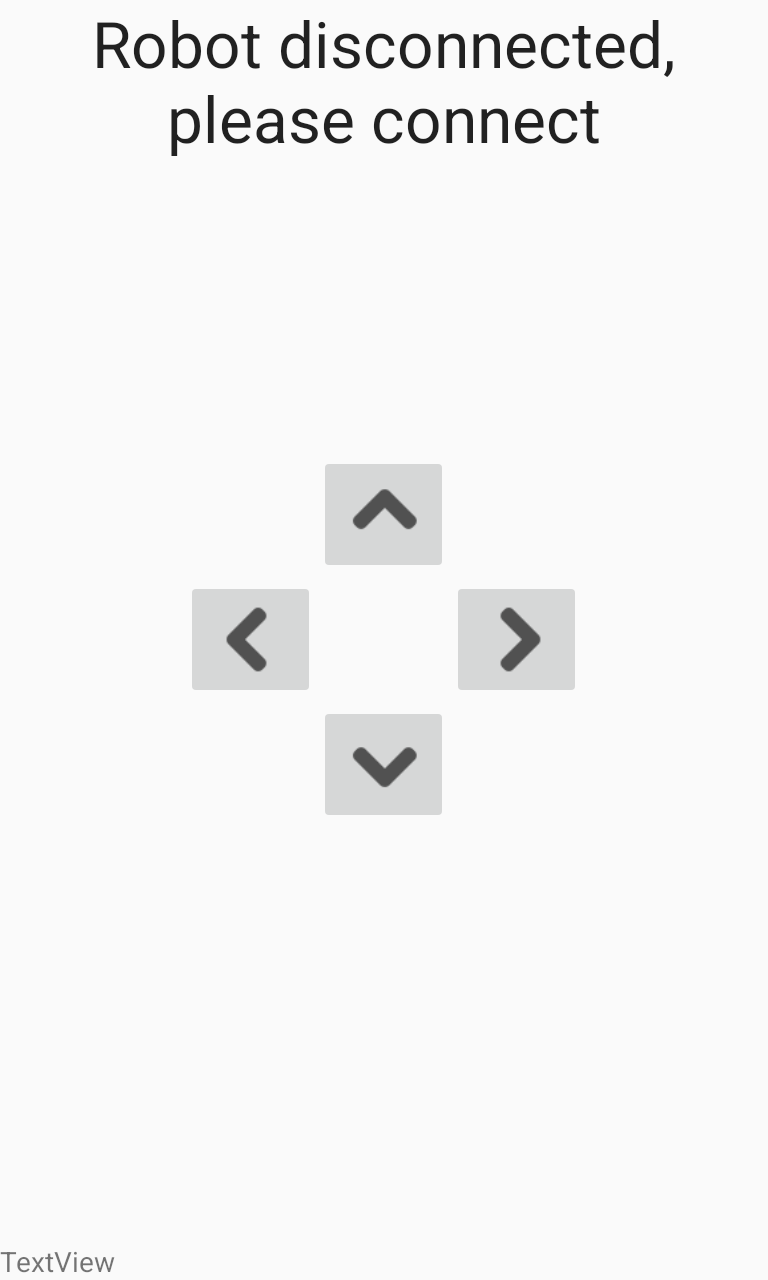
Repository: cjsatuforc/Bobina
Layout: source/android/Bobina/res/layout/main_layout.xml
An editor plug-in stored every save of this project. The layout is shown before and after the next save, followed by the edit.
It is drawn on a 768 x 1280 px phone screen (xhdpi) without system bars, with theme AppTheme; the app's code is not run.

Above is the layout before, as saved 2015-04-26 00:03:07.

After the next save:
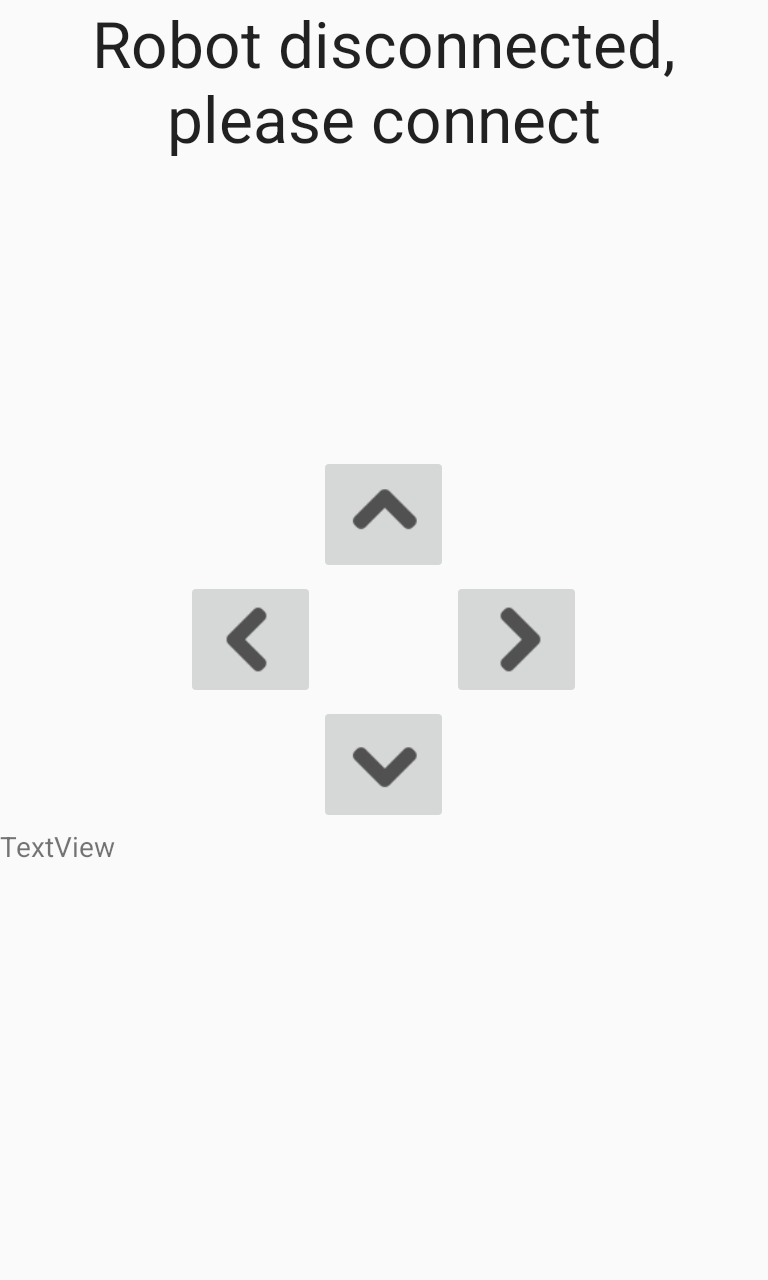
Saved 4 s later.
--- a/source/android/Bobina/res/layout/main_layout.xml
+++ b/source/android/Bobina/res/layout/main_layout.xml
@@ -17,6 +17,7 @@
         android:layout_alignParentBottom="true"
         android:layout_alignParentLeft="true"
         android:layout_alignParentRight="true"
+        android:layout_below="@+id/include1"
         android:text="TextView" />
 
     <include
